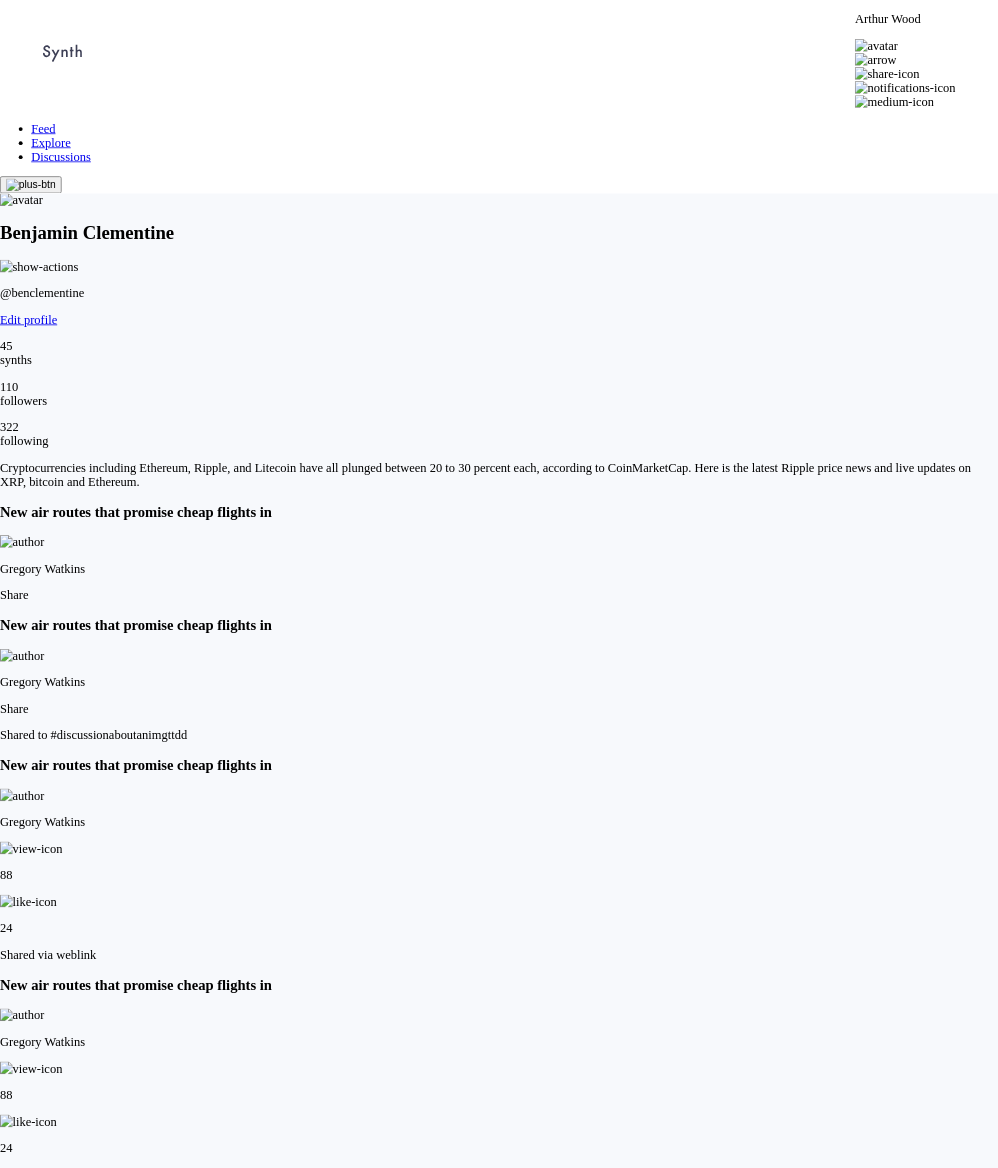
Repository: ecspetra/swivl-test-task
Page: index.html
The author's editor kept a copy of each file at every save. The page is drawn from the files as they stood at one save, then again after the next save.
The browser window is 1280 px wide. The pictures show the whole page, at 78% of full size.
The style sheet was rebuilt from its Sass, Less or Tailwind sources for each picture, by a compiler version that may differ from the author's.

Above is the page before, as saved 2021-12-09 21:25:54.

After the next save:
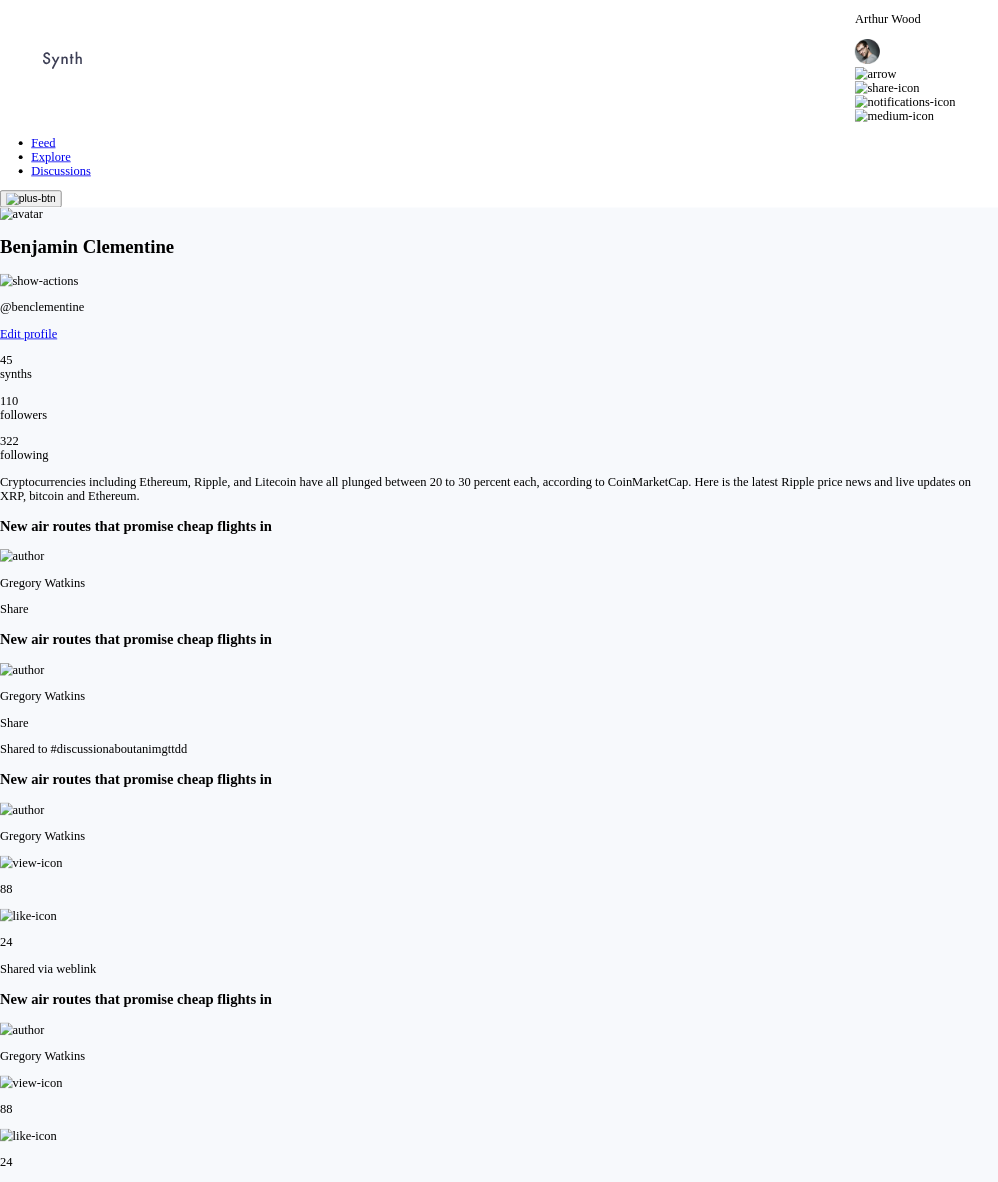
Saved 48 s later.
--- a/index.html
+++ b/index.html
@@ -19,7 +19,7 @@
                 <div class="header__user">
                     <p class="header__username">Arthur Wood</p>
                     <div class="header__avatar-wrapper">
-                        <img class="header__avatar" src="" alt="avatar">
+                        <img class="header__avatar" src="img/header__avatar.png" alt="avatar">
                     </div>
                     <div class="header__arrow-wrapper">
                         <img class="header__arrow" src="" alt="arrow">
